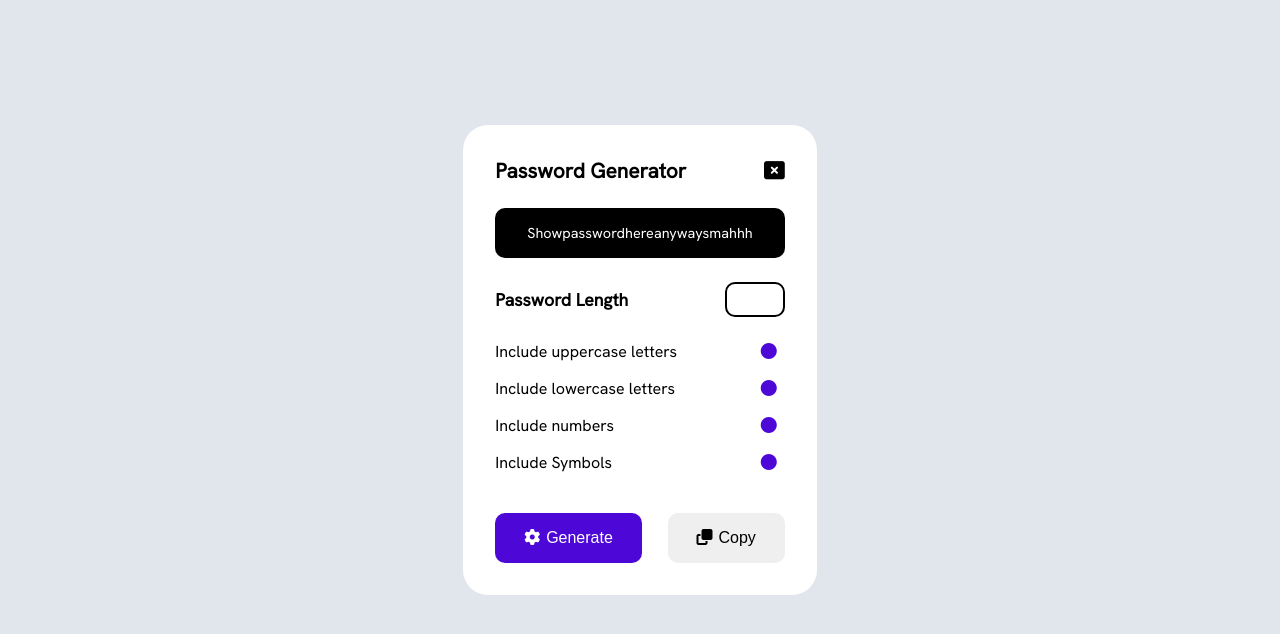
Repository: emiliaiwu/password_generator
Page: index.html
The author's editor kept a copy of each file at every save. The page is drawn from the files as they stood at one save, then again after a run of saves.
The browser window is 1280 px wide. The pictures show the whole page.
Some web libraries are served in a nearby version.

Above is the page before, as saved 2022-12-14 04:51:26.

### index.html
<!DOCTYPE html>
<html lang="en">
<head>
    <meta charset="UTF-8">
    <meta http-equiv="X-UA-Compatible" content="IE=edge">
    <meta name="viewport" content="width=device-width, initial-scale=1.0">
    <link rel="stylesheet" href="style.css">
    <script src="https://kit.fontawesome.com/fd9c36575f.js" crossorigin="anonymous"></script>
    <title>Password Generator</title>
</head>
<body>
    <div class="container">
        <div class="title">
            <h2>Password Generator</h2>
            <i class="fa-solid fa-rectangle-xmark"></i>
        </div>

        <div class="display_password">
            <p>Showpasswordhereanywaysmahhh</p>
        </div>

        <div class="password_attributes">
            <div class="password_length">
                <h3>Password Length</h3>
                <input type="text">
            </div>

            <div class="password_includes">
                <ul>
                    <li class="list">
                        <label for="uppercase" id="uppercase_letters">Include uppercase letters
                            <i class="fa-solid fa-circle"></i>
                            <i class="fa-solid fa-circle-check"></i>
                            <input type="checkbox" name="uppercase" id="uppercase" class="uppercase">
                        </label>
                    </li>
                    <li class="list">
                        <label for="lowercase" id="lowercase_letters">Include lowercase letters
                            <i class="fa-solid fa-circle"></i>
                            <i class="fa-solid fa-circle-check"></i>
                            <input type="checkbox" name="lowercase" id="lowercase" class="lowercase">
                        </label>
                    </li>
                    <li class="list">
                        <label for="numbers" id="include_numbers">Include numbers
                            <i class="fa-solid fa-circle"></i>
                            <i class="fa-solid fa-circle-check"></i>
                            <input type="checkbox" name="numbers" id="numbers" class="numbers">
                        </label>

                    </li>
                    <li class="list">
                        <label for="symbols" id="include_symbols">Include Symbols
                            <i class="fa-solid fa-circle"></i>
                            <i class="fa-solid fa-circle-check"></i>
                            <input type="checkbox" name="symbols" id="symbols" class="symbols">
                        </label>

                    </li>
                </ul>
            </div>
        </div>

        <div class="cta">
            <button class="btn generate"><i class="fa-solid fa-gear"></i>Generate</button>
            <button class="btn copy"><i class="fa-solid fa-clone"></i>Copy</button>
        </div>
    </div>
</body>
</html>

### style.css
@import url('https://fonts.googleapis.com/css2?family=Hanken+Grotesk:wght@300;400&display=swap');


* {
    margin: 0;
    padding: 0;
    box-sizing: border-box;
    list-style-type: none;
}


:root {
    --BG-COLOR: #fff;
    --BG-COLOR2:
}


body {
    width: 100vw;
    height: 100vh;
    font-family: 'Hanken Grotesk', sans-serif;
    display: flex;
    align-items: center;
    justify-content: center;
    color: #000;
    background-color: rgb(224, 230, 236);
}

.container {
    background-color: var(--BG-COLOR);
    display: flex;
    flex-direction: column;
    align-items: left;
    justify-content: space-between;
    gap: 1.5rem;
    padding: 2rem;
    border-radius: 25px;

}

h2 {
   font-size: 1.3rem;
   font-family: inherit;
}

h3 {
    font-size: 1.1rem;
    font-family: inherit;
}

.title,
label,
.password_length,
.cta {
    display: flex;
    align-items: center;
    justify-content: space-between;
}

.fa-rectangle-xmark {
    font-size: 1.3rem;
}

.display_password {
    padding: 1rem 2rem;
    border-radius: 10px;
    background: #000000;
    color: #fff;
    overflow: hidden;
}

.display_password p {
    font-size: .9rem;
    word-wrap: break-word;
}

.password_length {
    margin-bottom: 1.5rem;
}

.password_length input[type="text"] {
    width: 60px;
    padding: .3rem .7rem;
    font-size: 1.1rem;
    border: 2px solid #000;
    border-radius: 10px;
}

.password_length input[type="text"]:focus {
    outline: none;
}

.list {
    margin-top: 1rem;
}

.list input[type="checkbox"] {
    /* width: 20px; */
    padding: 1rem;

}

label {
     position: relative;
}

.list .fa-solid {
    position: absolute;
    top: 50%;
    right: 0;
    transform: translate(-50%, -50%);
}

.fa-circle {
    color: #4d08d8;
}

.fa-circle-check{
    opacity: 0;
}

.list input {
    opacity: 0;
}


.btn {
    margin-top: 1rem;
    padding: 1rem 1.8rem;
    font-size: 1rem;
    border: none;
    border-radius: 10px;

}

.generate {
    background-color:#4d08d8;
    color: #fff;
}

.btn .fa-solid {
    margin-right: 6px;
}

After the next 2 saves:
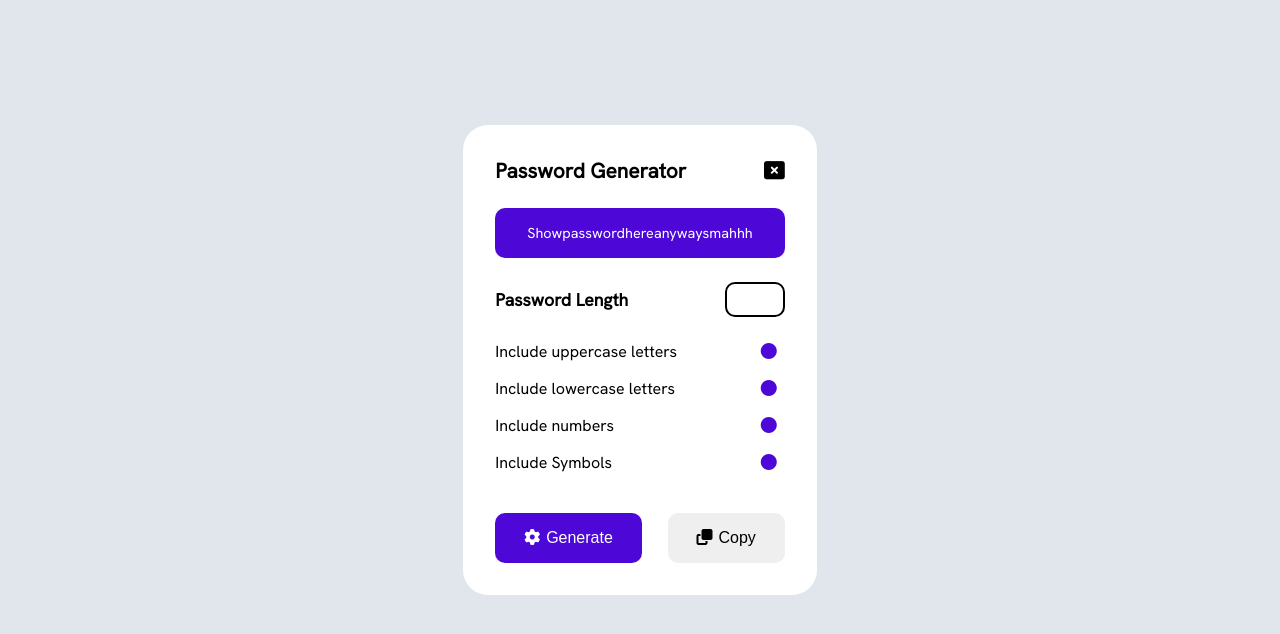
The 2 saves are shown as one change because they came seconds apart.
The last was saved 101 s later.
--- a/style.css
+++ b/style.css
@@ -64,7 +64,7 @@
 .display_password {
     padding: 1rem 2rem;
     border-radius: 10px;
-    background: #000000;
+    background: #4d08d8;
     color: #fff;
     overflow: hidden;
 }

After the save that followed:
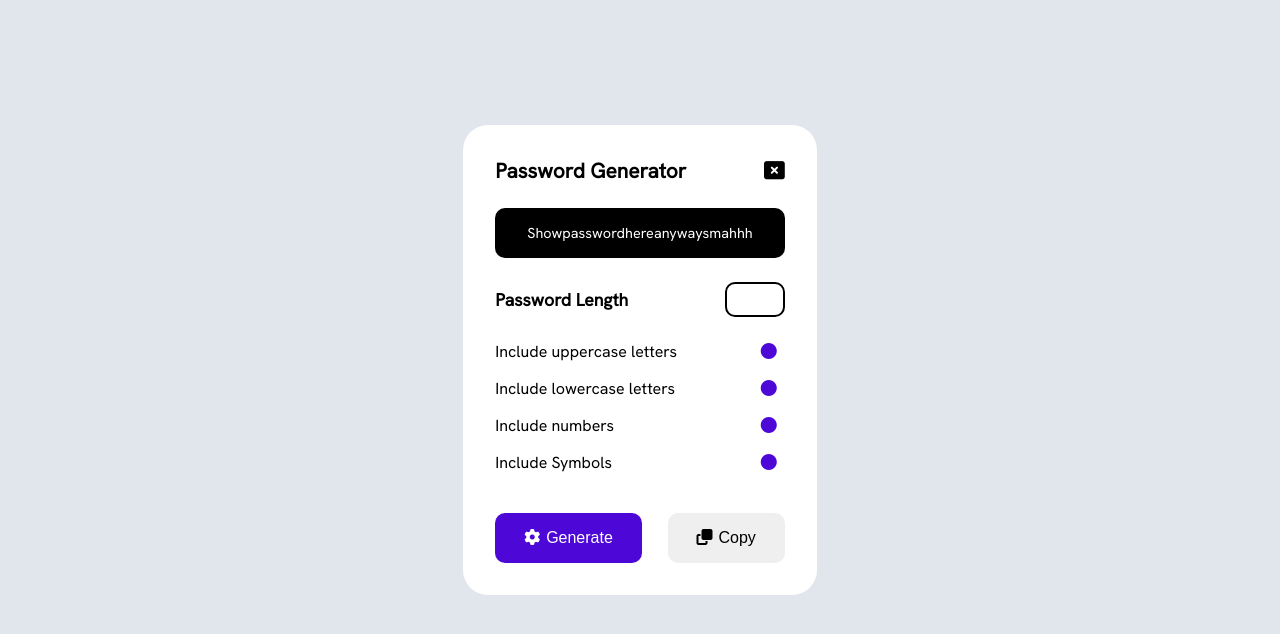
Saved 33 s later.
--- a/style.css
+++ b/style.css
@@ -64,7 +64,7 @@
 .display_password {
     padding: 1rem 2rem;
     border-radius: 10px;
-    background: #4d08d8;
+    background: #000000;
     color: #fff;
     overflow: hidden;
 }
